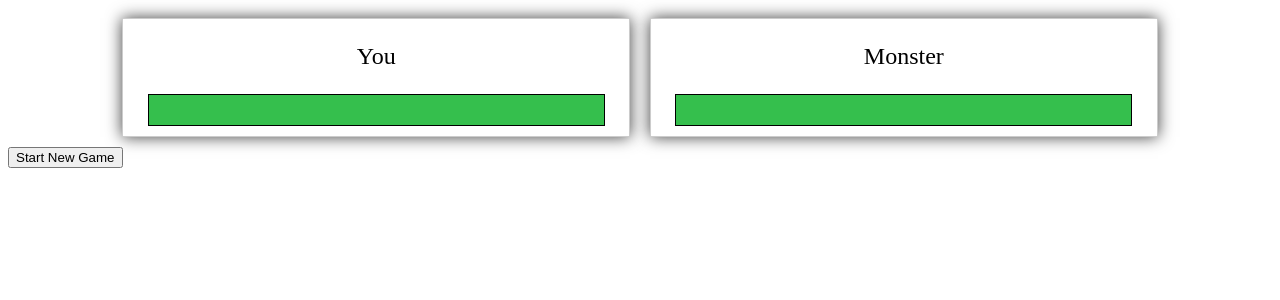
Repository: jakublack/game-fight-vue
Page: /
These files come from the project's save history. The page is drawn as it stood at one moment and after the next save; the edit follows.
The browser window is 1280 px wide. The pictures show the whole page.
The project was rebuilt for these pictures with package versions that can differ from the ones it lists, and the page was loaded fresh each time.

Above is the page before, as saved 2018-08-08 20:48:42.

### public/index.html
<!DOCTYPE html>
<html lang="en">
  <head>
    <meta charset="utf-8">
    <meta http-equiv="X-UA-Compatible" content="IE=edge">
    <meta name="viewport" content="width=device-width,initial-scale=1.0">
    <link rel="icon" href="<%= BASE_URL %>favicon.ico">
    <title>game-app</title>
  </head>
  <body>
    <noscript>
      <strong>We're sorry but game-app doesn't work properly without JavaScript enabled. Please enable it to continue.</strong>
    </noscript>
    <div id="app"></div>
    <!-- built files will be auto injected -->
  </body>
</html>

### src/components/Game.vue
<template>
  <div class="wrapper--app">
    <div class="wrapper--person">
      <div class="person--player">
        <p>You</p>
        <div class="person--health player--health"></div>
      </div>
      <div class="person--player">
        <p>Monster</p>
        <div class="person--health monster--health"></div>
      </div>
    </div>
    <div class="wrapper-action">
      <button>Start New Game</button>
    </div>


  </div>

</template>

<script>
export default {
  name: 'Game',

}
</script>

<!-- Add "scoped" attribute to limit CSS to this component only -->
<style scss scoped>

.wrapper--person {
  text-align: center;
}

.person--player {
  width: 40%;
  display: inline-block;
  margin: 10px;
  text-align: center;
  border: 1px solid #ccc;
  box-shadow: 0px 0px 15px 0px rgba(0,0,0,0.75);
}

.person--player p {
  font-size: 24px;
}

.person--health {
  width: 90%;
  height: 30px;
  margin: 10px auto;
  background-color: #35BF4D;
  border: 1px solid #000;

}



</style>

Loaded but not shown: src/main.js (common file); src/App.vue (common file)

After the next save:
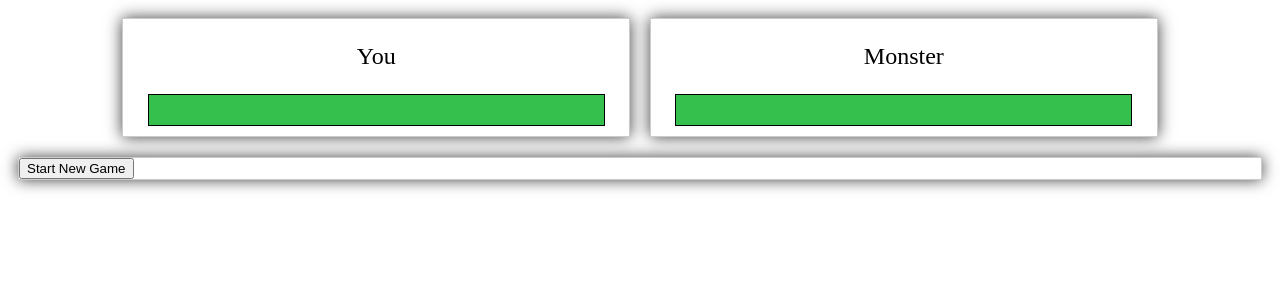
Saved 37 s later.
--- a/src/components/Game.vue
+++ b/src/components/Game.vue
@@ -52,6 +52,11 @@ export default {
   margin: 10px auto;
   background-color: #35BF4D;
   border: 1px solid #000;
+}
+.wrapper-action {
+  margin: 10px;
+  border: 1px solid #ccc;
+  box-shadow: 0px 0px 15px 0px rgba(0,0,0,0.75);
 
 }
 
